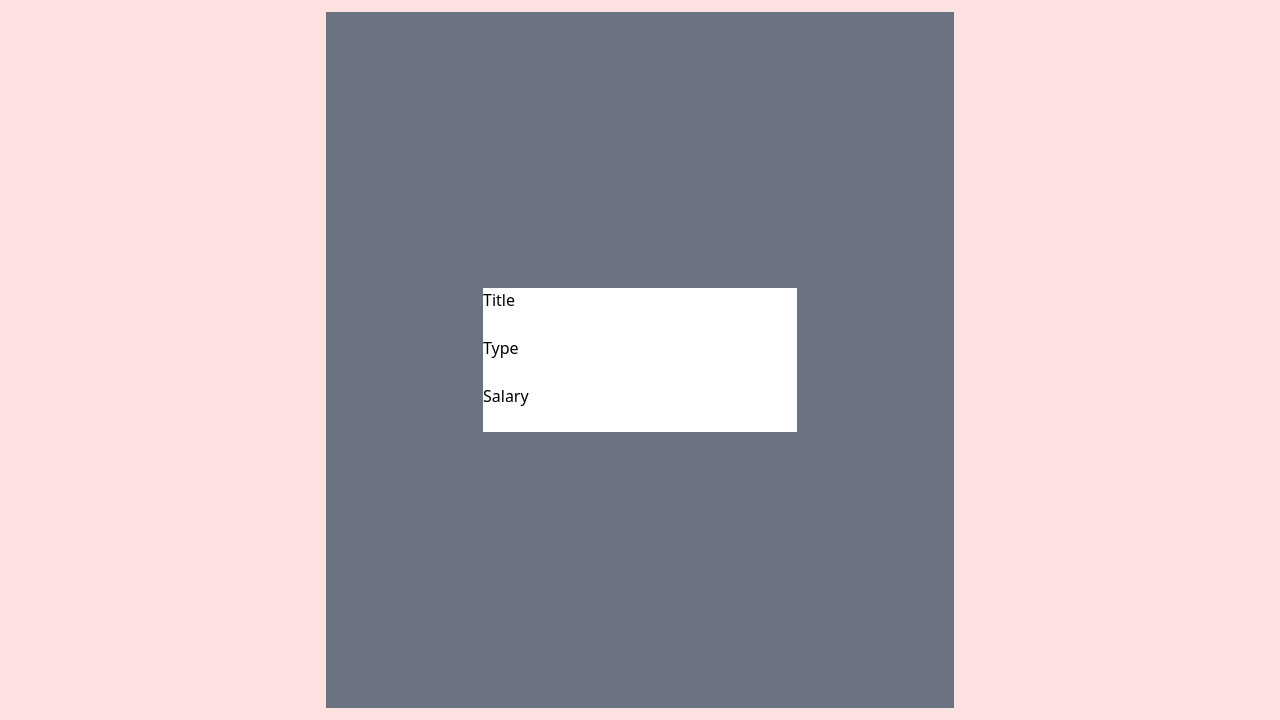
Repository: Abdibaye/Job-Sphere
Page: /form
The author's editor kept a copy of each file at every save. The page is drawn from the files as they stood at one save, then again after the next save.
The browser window is 1280 px wide. The pictures show the whole page.
The project was rebuilt for these pictures with package versions that can differ from the ones it lists, and the page was loaded fresh each time. Also part of the build but not shown: vite.config.js, src/components/search.jsx, src/components/navbar.jsx, src/pages/descriptionpage.jsx, src/components/job.jsx, src/components/feed.jsx, src/components/saved.jsx, src/components/filter.jsx and 4 more.

Above is the page before, as saved 2025-02-22 22:39:33.

### index.html
<!doctype html>
<html lang="en">
  <head>
    <meta charset="UTF-8" />
    <link rel="icon" type="image/svg+xml" href="/vite.svg" />

    <link rel="preconnect" href="https://fonts.googleapis.com">
    <link rel="preconnect" href="https://fonts.gstatic.com" crossorigin>
    <link href="https://fonts.googleapis.com/css2?family=Inter:ital,opsz,wght@0,14..32,100..900;1,14..32,100..900&family=Open+Sans:ital,wght@0,300..800;1,300..800&family=Poppins:wght@100;200;300;400;600;700&display=swap" rel="stylesheet">

    <meta name="viewport" content="width=device-width, initial-scale=1.0" />
    <title>Vite + React</title>
  </head>
  <body>
    <div id="root"></div>
    <script type="module" src="/src/main.jsx"></script>
  </body>
</html>

### src/main.jsx
import { StrictMode } from 'react'
import { createRoot } from 'react-dom/client'
import './index.css'
import App from './App.jsx'
import Description from './pages/descriptionpage.jsx'
import HomePage from './pages/homepage.jsx'

createRoot(document.getElementById('root')).render(
  <StrictMode>
    <App />
  </StrictMode>,
)

### src/App.jsx
import Navbar from "./components/navbar";
import Description from "./pages/descriptionpage";
import HomePage from "./pages/homepage";
import LoginPage from "./pages/loginpage";
import SignUp from "./pages/Signup";
import { BrowserRouter, Routes, Route, Outlet } from "react-router-dom";
import Feed from "./components/feed";
import Forms from "./pages/formpage";

function App() {
  return (
    <BrowserRouter>
      <Routes>
        {/* Default route for login */}
        <Route path="/" element={<LoginPage />} />

        {/* Nested routes under Navbar */}
        <Route path="/navbar" element={<Navbar />}>
          <Route index element={<HomePage    />} /> {/* Default child route */}
          <Route path="description" element={<Description />} /> {/* Relative path */}
        </Route>

        {/* Signup route */}
        <Route path="/signup" element={<SignUp />} />


        <Route path='/form' element = {<Forms />} />
      </Routes>
    </BrowserRouter>
  );
}

export default App;

### src/pages/formpage.jsx
import { BrowserRouter, Routes, Route, Link, Outlet } from "react-router-dom";
import Form from "../components/form";



function Forms(){
    return(
        <>
        <div>
        <Form />
        <Outlet />
        </div>
        </>
    )


}



export default Forms;

### src/components/form.jsx


function Form(){
    return(
        <div className="bg-red-100 h-screen  flex justify-center p-3 ">
            <div className="bg-gray-500 w-1/2 flex flex-col justify-center items-center">
              <div className="bg-[#fff] w-1/2 h-fit flex flex-col justify-center  ">
                <p>Title</p>
                <input type="text" />
                <p>Type</p>
                <input type="text" />
                <p>Salary</p>
                <input type="text" />
              </div>
              <button></button>
            </div>
        </div>
    );
}


export default Form

### tailwind.config.js
/** @type {import('tailwindcss').Config} */
export default {
  content: [
    "./index.html",
    "./src/**/*.{js,ts,jsx,tsx}",
  ],
  theme: {
    extend: {
      fontFamily: {
        'inter': ['Inter', 'sans-serif'],
      },
    },
  },
  plugins: [],
}

Loaded but not shown: src/index.css (common file)

After the next save:
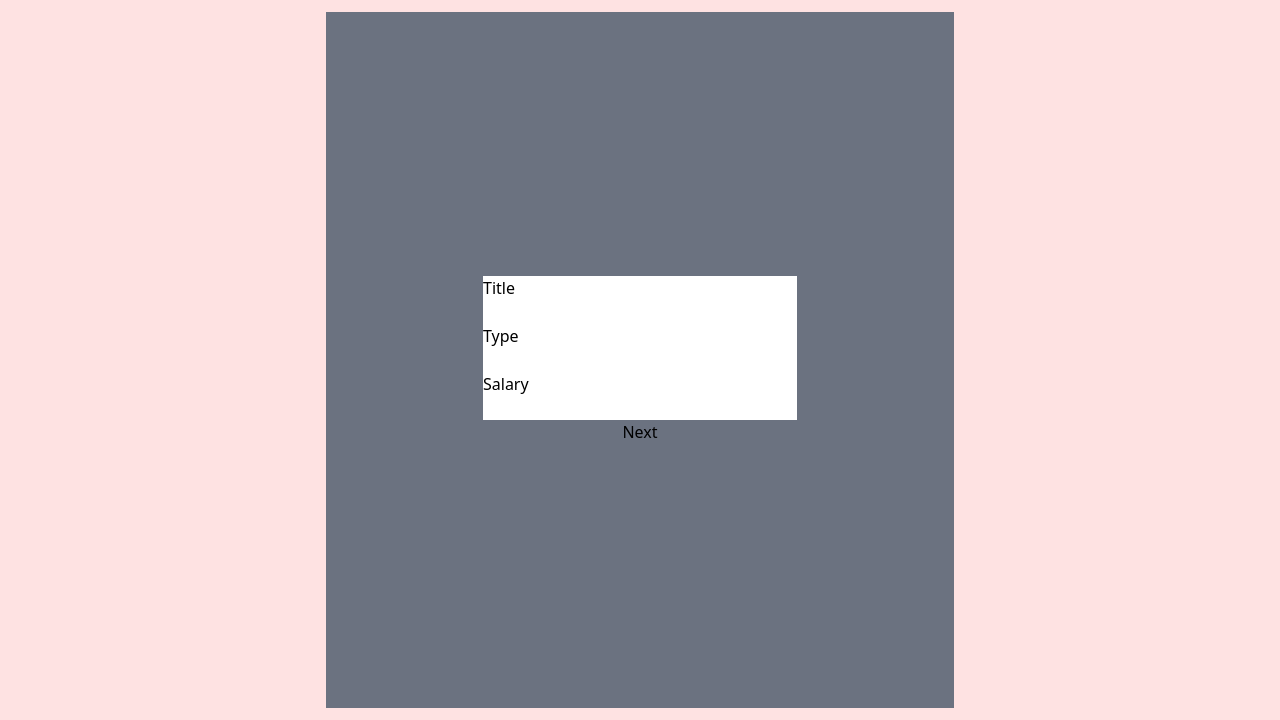
Saved 20 s later.
--- a/src/components/form.jsx
+++ b/src/components/form.jsx
@@ -12,7 +12,7 @@ function Form(){
                 <p>Salary</p>
                 <input type="text" />
               </div>
-              <button></button>
+              <button>Next</button>
             </div>
         </div>
     );
